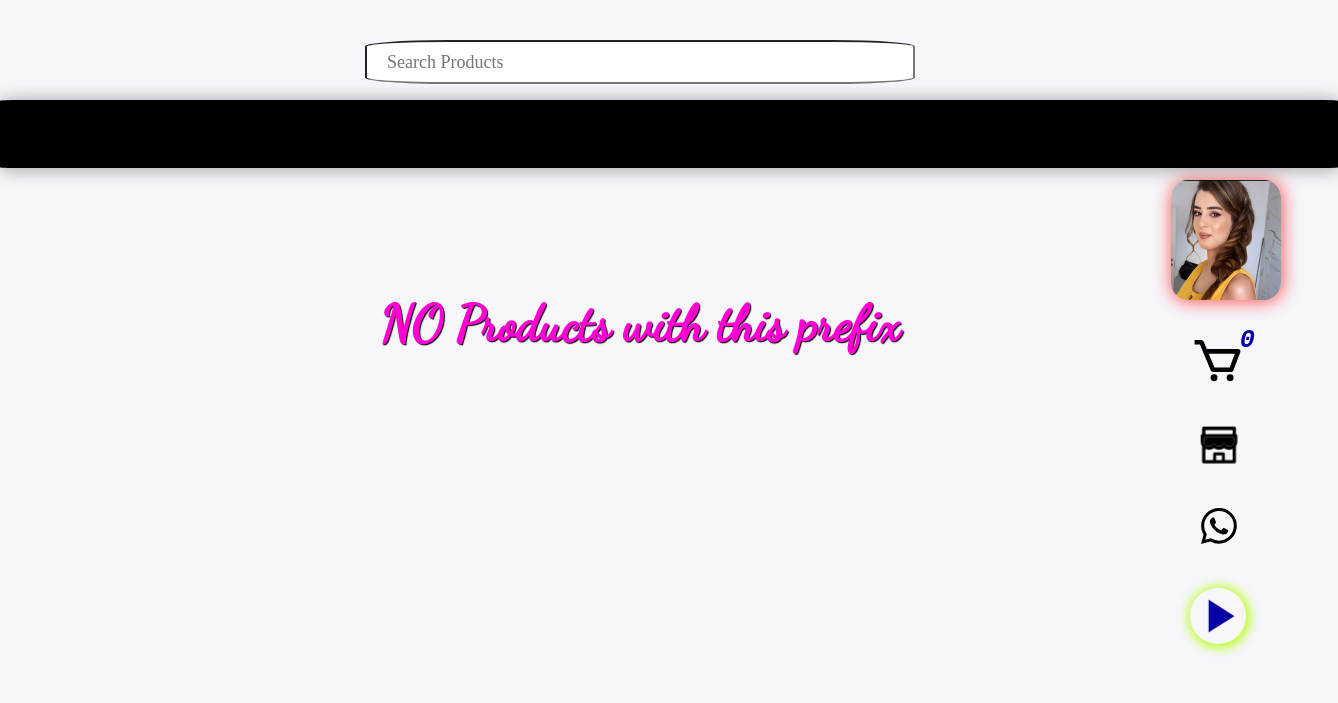
Repository: rehamAbass/BeautyCareShop
Page: /
These files come from the project's save history. The page is drawn as it stood at one moment and after the next save; the edit follows.
The browser window is 1280 px wide. The page is 1338 px wide, so the pictures cover 1338 px, including what lies to the right of the window. The pictures show the whole page.
The pointer rests on the first visible `.btnAudio`.
The page's requests for data from a server got no answer. Some web fonts or font styles are not loaded; a fallback is used. The project was rebuilt for these pictures with package versions that can differ from the ones it lists, and the page was loaded fresh each time. No one was signed in, and anything a server would have sent is missing. Also part of the build but not shown: src/components/allProducts/prod/card.css, src/components/allProducts/prod/card.component.jsx, src/components/myCart/myCart.css, src/components/myCart/cartProduct/cartProduct.css, src/components/myCart/cartProduct/cartProduct.jsx, src/components/myCart/myCart.jsx. Imported but missing from the stored project, and not drawn on this page: src/components/header/music/ed.mp3.

Above is the page before, as saved 2022-06-08 13:32:45.

After the next save:
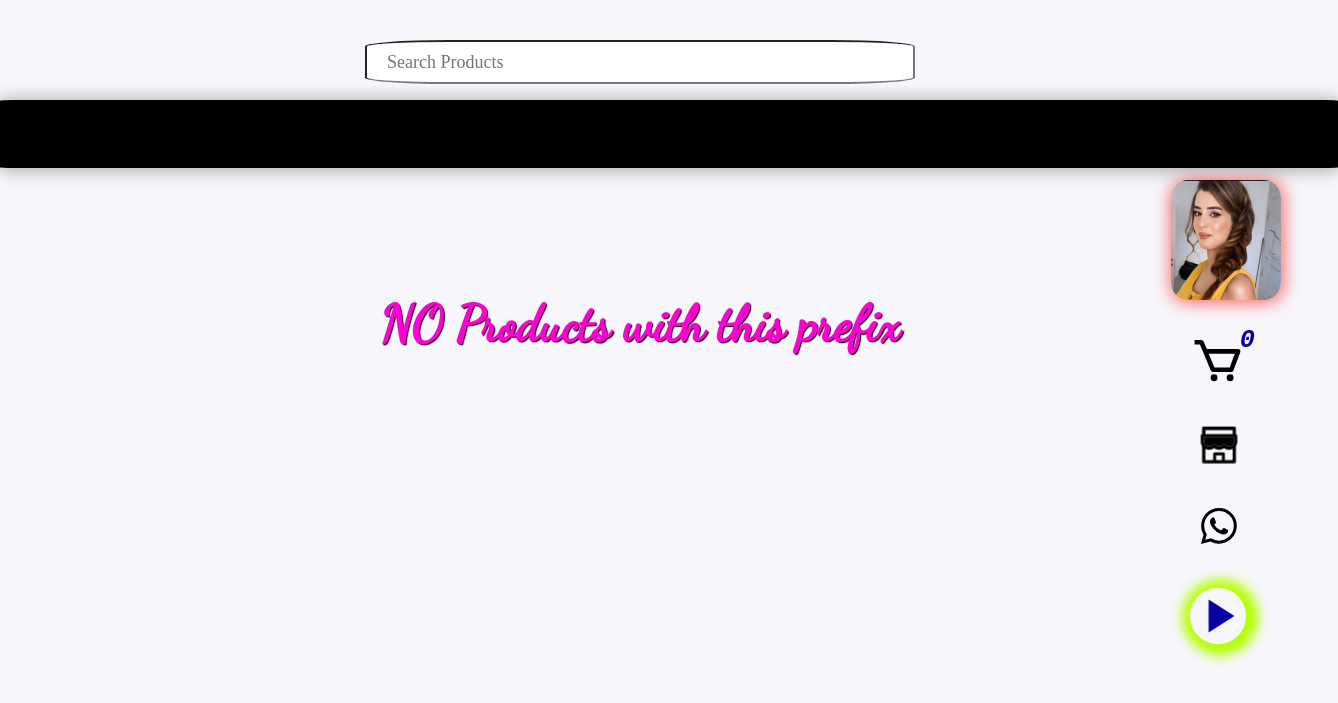
Saved 13 s later.
--- a/src/components/header/music/music.css
+++ b/src/components/header/music/music.css
@@ -13,5 +13,5 @@
 .btnAudio:hover {
    color : rgb(8, 0, 165);
     transform: scale(1.125);
-    box-shadow: 1px 1px 10px 2px  rgb(179, 255, 0);
+    box-shadow: 2px 1px 10px 9px  rgb(179, 255, 0);
 }
